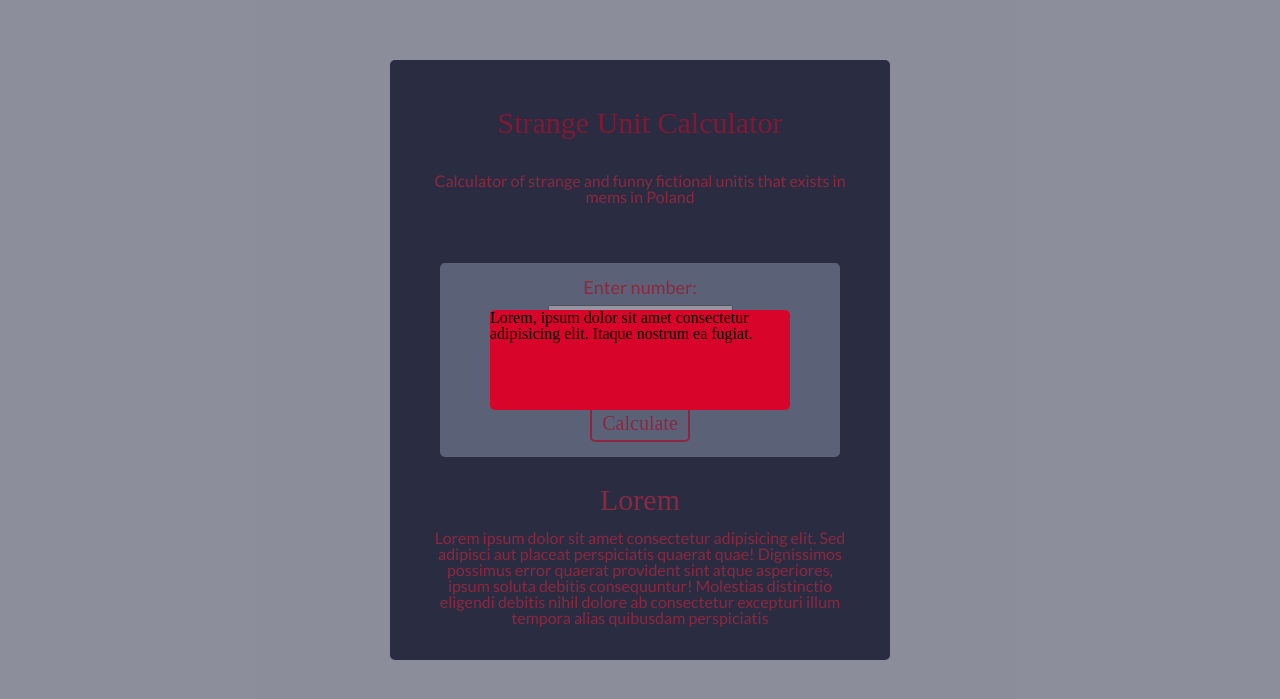
Repository: Gibon9/Calc2
Page: index.html
These files come from the project's save history. The page is drawn as it stood at one moment and after the next save; the edit follows.
The browser window is 1280 px wide. The pictures show the whole page.
Some web fonts or font styles are not loaded; a fallback is used.

Above is the page before, as saved 2020-11-25 12:33:06.

### index.html
<!DOCTYPE html>
<html lang="en">
  <head>
    <meta charset="UTF-8" />
    <meta name="viewport" content="width=device-width, initial-scale=1.0" />
    <link rel="stylesheet" href="./styles/reset.css" />
    <link rel="stylesheet" href="./styles/style.css" />
    <title>Document</title>
  </head>

  <body>
    <main class="main-content">
      <header class="header">
        <h1 class="title">Strange Unit Calculator</h1>
        <p class="descrption--text">
          Calculator of strange and funny fictional unitis that exists in mems
          in Poland
        </p>
      </header>
      <form action="" class="input-form">
        <label for="number" class="input-form--number">Enter number: </label>
        <input type="number" class="" id="number" />

        <label for="selector" class="input-form--selector">Select unit:</label>
        <select name="unit-selector" id="selector">
          <option value="sasin">Sasin</option>
          <option value="wenta">Wenta</option>
          <option value="golota">Gołota</option>
        </select>

        <button class="calc-button">Calculate</button>
      </form>

      <section class="description">
        <h2 class="description--title">Lorem</h2>
        <p class="descrption--text">
          Lorem ipsum dolor sit amet consectetur adipisicing elit. Sed adipisci
          aut placeat perspiciatis quaerat quae! Dignissimos possimus error
          quaerat provident sint atque asperiores, ipsum soluta debitis
          consequuntur! Molestias distinctio eligendi debitis nihil dolore ab
          consectetur excepturi illum tempora alias quibusdam perspiciatis
        </p>
      </section>
    </main>
    <section class="score">
      <article class="popup">
        <h2 class="score--text">
          Lorem, ipsum dolor sit amet consectetur adipisicing elit. Itaque
          nostrum ea fugiat.
        </h2>
      </article>
    </section>

    <script src="./index.js"></script>
  </body>
</html>

### styles/style.css
@import url("https://fonts.googleapis.com/css2?family=Lato&family=Nerko+One&display=swap");

:root {
  --body-color: #edf2f4;
  --background-light: #8d99ae;
  --background-dark: #2b2d42;
  --text-light: #ef233c;
  --text-dark: #d90429;
}

* {
  box-sizing: border-box;
}

body {
  background-color: var(--body-color);
  display: flex;
  align-items: center;
  justify-content: center;
  width: 100vw;
  height: 100vh;
}

.title,
.description--title,
.score--text,
.calc-button {
  font-family: "Nerko One", cursive;
}

.descrption--text,
label,
option {
  font-family: "Lato", sans-serif;
}

.main-content,
.header {
  display: flex;
  flex-direction: column;
  width: 100%;
  height: 100%;
  align-items: center;
}

.main-content {
  width: 500px;
  height: 600px;
  background-color: var(--background-dark);
  border-radius: 5px;
  color: var(--text-light);
}

.header,
.input-form,
.description {
  flex: 1;
}

.header {
  justify-content: space-around;
}

.title {
  display: block;
  margin-top: 30px;
  font-size: 30px;
  color: var(--text-dark);
  text-align: center;
}

.descrption--text {
  margin: 0 40px 30px;
  text-align: center;
}

.input-form {
  display: flex;
  flex-direction: column;
  height: 100%;
  width: 400px;
  margin: 10px 0;
  justify-content: space-around;
  align-items: center;
  background-color: var(--background-light);
  border-radius: 5px;
}

.input-form--number {
  font-size: 18px;
  margin-top: 10px;
}

.input-form--selector {
  font-size: 18px;
}

.calc-button {
  cursor: pointer;
  font-size: 20px;
  border: 2px solid var(--text-light);
  border-radius: 5px;
  padding: 5px 10px;
  margin: 15px 0 10px;
  color: var(--text-light);
  background-color: transparent;
}

.calc-button:hover {
  color: var(--text-dark);
  background-color: var(--body-color);
}

.description {
  display: flex;
  flex-direction: column;
  justify-content: center;
  align-items: center;
}

.description--title {
  margin: 15px 0;
  font-size: 30px;
}

.score {
  position: absolute;
  top: 0;
  left: 0;
  width: 100vw;
  height: 100vh;
  display: flex;
  justify-content: center;
  align-items: center;
  background-color: rgba(43, 45, 66, 0.5);
}

.popup {
  height: 100px;
  width: 300px;
  background-color: var(--text-dark);
  border-radius: 5px;
}

Loaded but not shown: styles/reset.css (common file); index.js (no stored copy; drawn as an empty file)

After the next save:
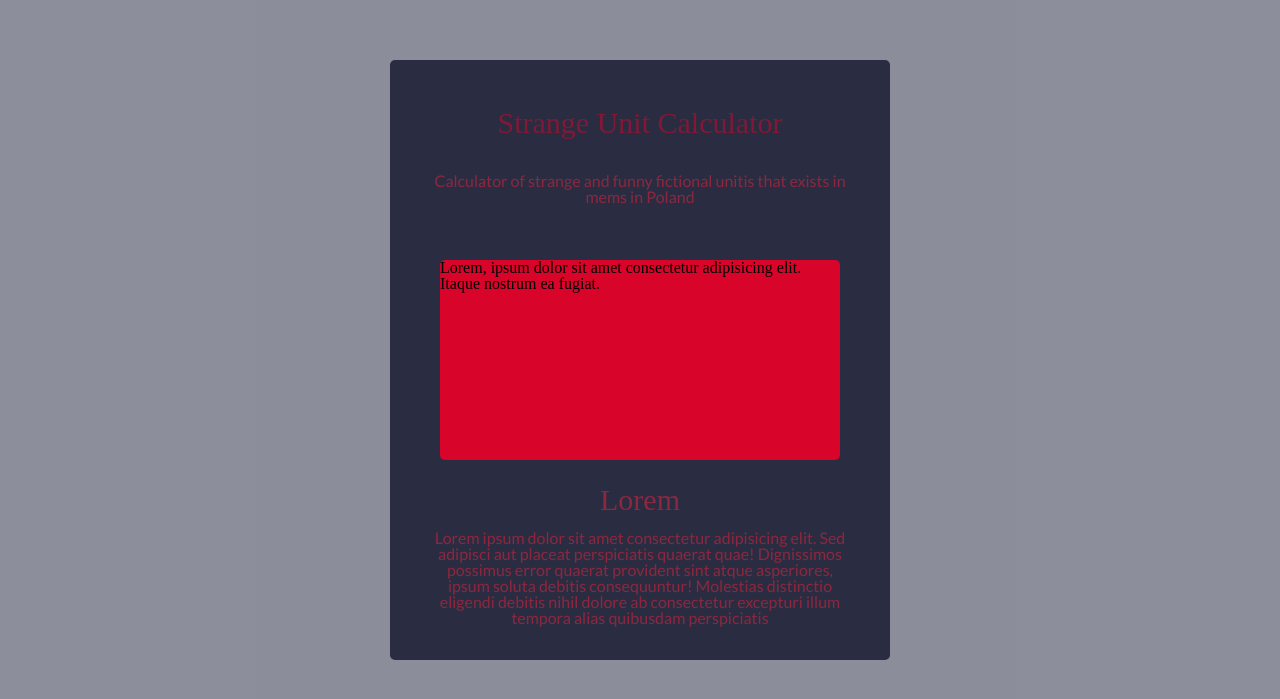
Saved 23 s later.
--- a/styles/style.css
+++ b/styles/style.css
@@ -136,8 +136,8 @@ option {
 }
 
 .popup {
-  height: 100px;
-  width: 300px;
+  height: 200px;
+  width: 400px;
   background-color: var(--text-dark);
   border-radius: 5px;
 }
